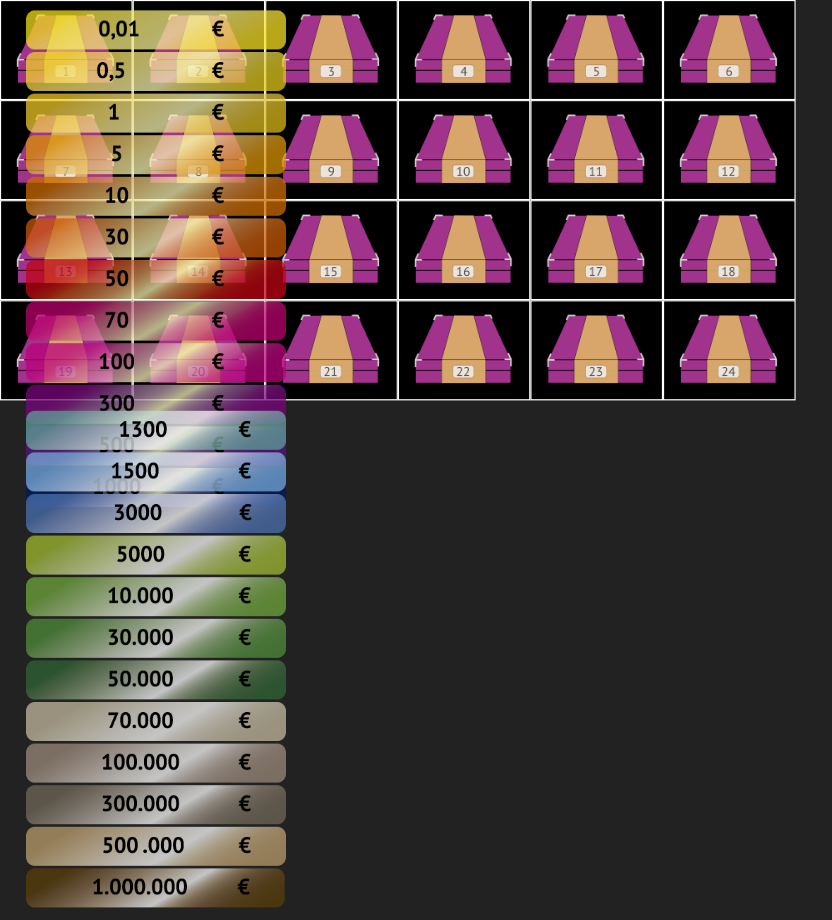
Repository: elnacp/Deal_or_no_deal
Page: DealOrNoDeal/index.html
These files come from the project's save history. The page is drawn as it stood at one moment and after the next save; the edit follows.
The browser window is 1280 px wide. The pictures show the whole page, at 65% of full size.
Some web libraries are served in a nearby version.

Above is the page before, as saved 2017-11-26 00:04:57.

After the next save:
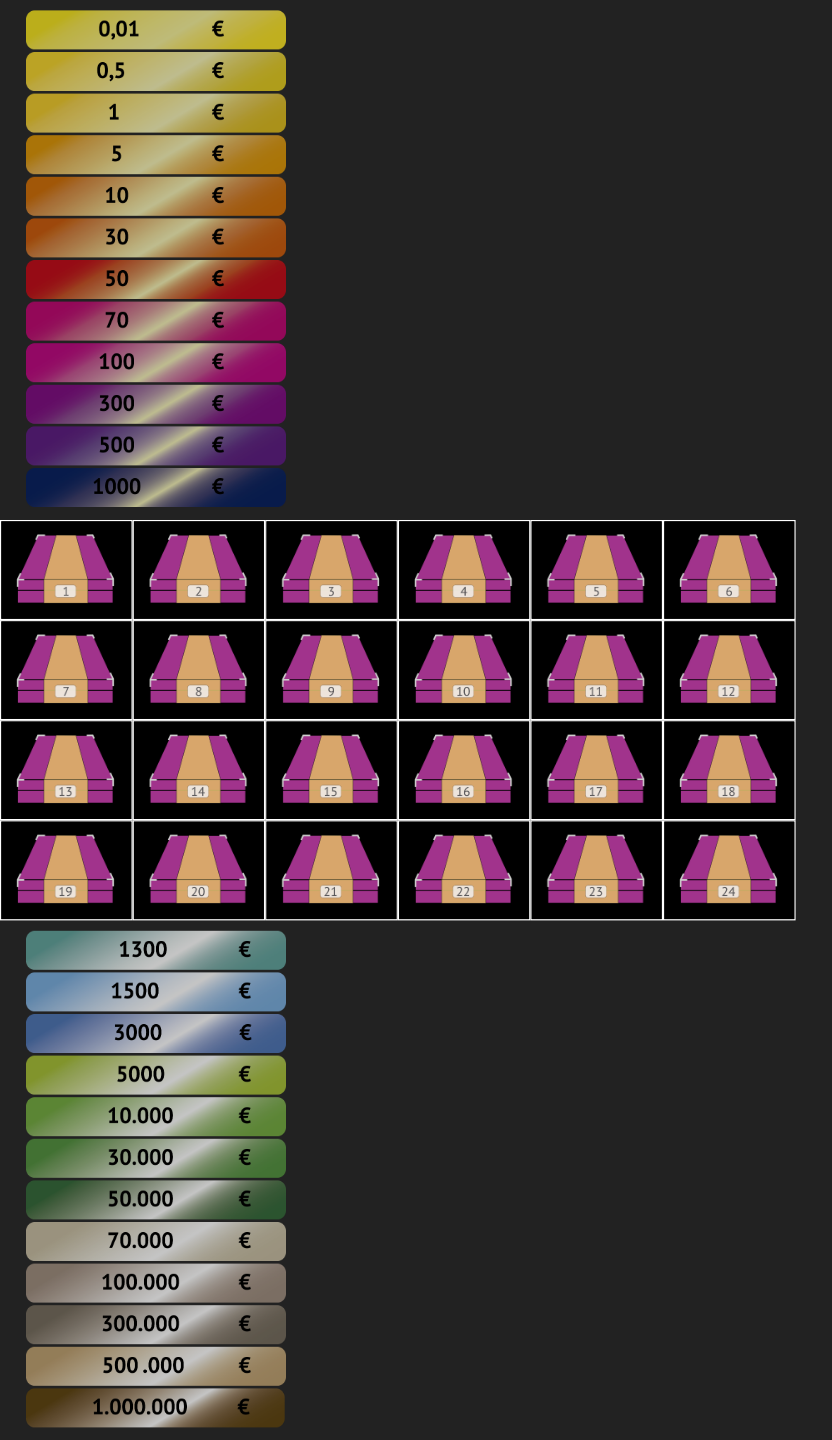
Saved 38 s later.
--- a/DealOrNoDeal/css/style.css
+++ b/DealOrNoDeal/css/style.css
@@ -26,7 +26,7 @@ body {
 #left{
 	float:left;
 	width:10%;
-	position:absolute;
+	position:relative;
 }
 
 #center{
